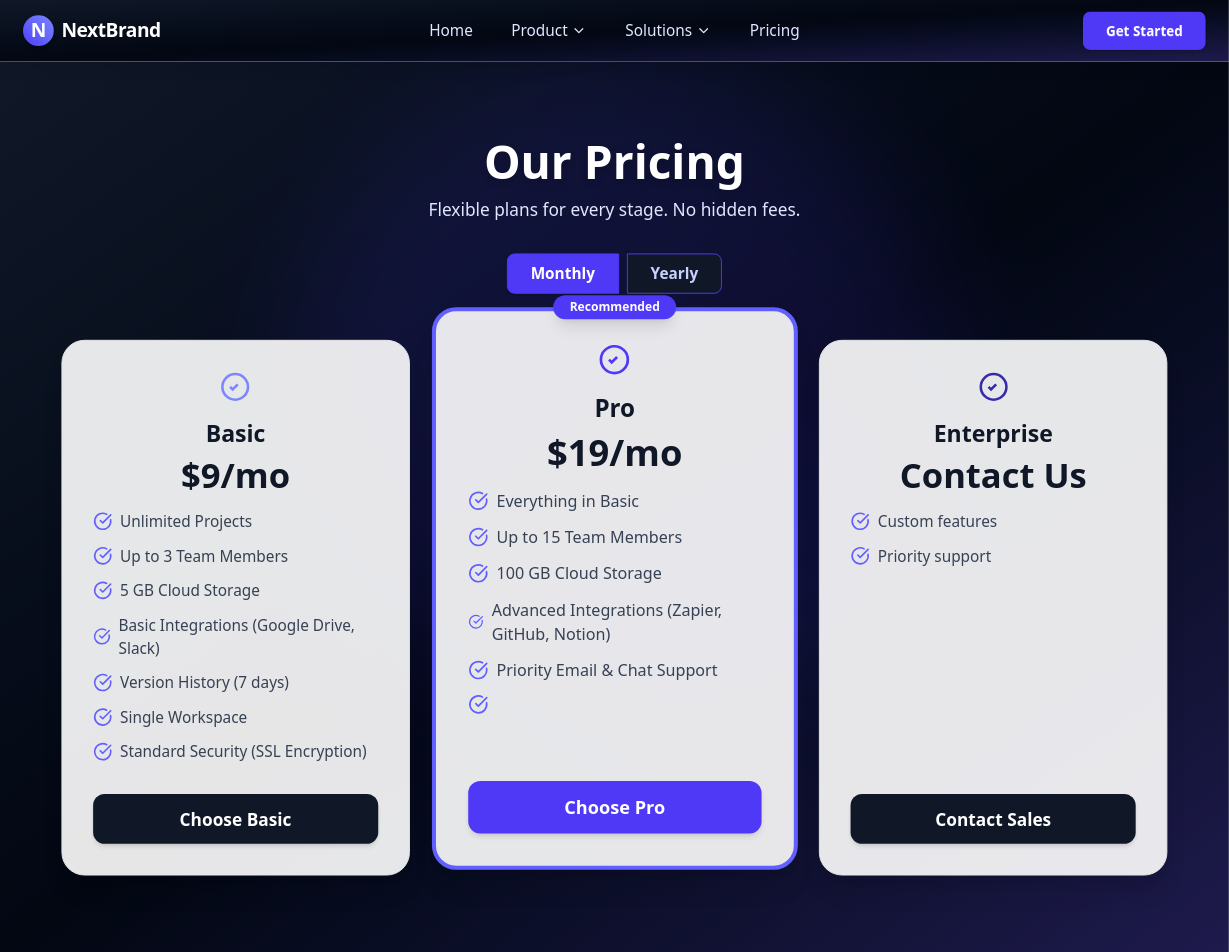
Repository: Chiranshukapil/Next_Brand
Page: /pricing
The author's editor kept a copy of each file at every save. The page is drawn from the files as they stood at one save, then again after the next save.
The browser window is 1280 px wide. The pictures show the whole page, at 96% of full size.
The project was rebuilt for these pictures with package versions that can differ from the ones it lists, and the page was loaded fresh each time. Also part of the build but not shown: vite.config.js.

Above is the page before, as saved 2025-06-18 11:59:59.

### index.html
<!doctype html>
<html lang="en">
  <head>
    <meta charset="UTF-8" />
    <link rel="stylesheet" href="src/index.css">
    <meta name="viewport" content="width=device-width, initial-scale=1.0" />
    <title>NavBar</title>
  </head>
  <body classname="scroll-smooth">
    <div id="root"></div>
    <script type="module" src="/src/main.jsx"></script>
  </body>
</html>

### src/App.jsx
import { useState } from 'react'
import { BrowserRouter as Router, Routes, Route } from 'react-router-dom'
import Navbar from './Components/NavBar.jsx'
import PricingSection from './Components/PricingSection.jsx'

function App() {
  return (
    <Router>
      <Navbar />
      <Routes>

        <Route path="/pricing" element={<PricingSection />} />

      </Routes>
    </Router>
  )
}

export default App

### src/Components/NavBar.jsx
import React, { useState } from "react";
import { Link } from "react-router-dom";
import { Menu, X, ChevronDown } from "lucide-react";

// Route-based navLinks
const navLinks = [
  { name: "Home", href: "/" },
  {
    name: "Product",
    href: "/product",
    dropdown: [
      { name: "Overview", href: "/product/overview" },
      { name: "Features", href: "/product/features" },
      { name: "Pricing", href: "/pricing" },
    ],
  },
  {
    name: "Solutions",
    href: "/solutions",
    dropdown: [
      { name: "For Teams", href: "/solutions/teams" },
      { name: "For Individuals", href: "/solutions/individuals" },
    ],
  },
  { name: "Pricing", href: "/pricing" },
];

export default function Navbar() {
  const [menuOpen, setMenuOpen] = useState(false);
  const [dropdownOpen, setDropdownOpen] = useState(null);

  return (
    <nav className="sticky top-0 z-50 bg-gradient-to-br from-gray-900 via-gray-950 to-indigo-950 backdrop-blur-md bg-opacity-80 shadow-lg flex justify-between items-center px-6 py-3">
      {/* Brand/Logo */}
      <div className="navbar-start">
        <Link
          to="/"
          className="flex items-center gap-2 text-xl font-bold tracking-tight text-white hover:text-indigo-400 transition-colors"
        >
          <span className="w-8 h-8 bg-gradient-to-tr from-indigo-600 to-indigo-400 rounded-full text-white flex items-center justify-center font-bold shadow-md">
            N
          </span>
          <span>NextBrand</span>
        </Link>
      </div>

      {/* Desktop Menu */}
      <div className="navbar-center hidden md:flex">
        <ul className="flex gap-2 items-center">
          {navLinks.map((link, index) => (
            <li
              key={link.name}
              onMouseEnter={() => setDropdownOpen(index)}
              onMouseLeave={() => setDropdownOpen(null)}
              className="relative"
            >
              {link.dropdown ? (
                <>
                  <Link
                    to={link.href}
                    className="px-4 py-2 rounded-lg text-base font-medium flex items-center gap-1 cursor-pointer text-indigo-100 hover:text-white hover:bg-indigo-700/30 transition-colors"
                    aria-haspopup="true"
                    aria-expanded={dropdownOpen === index}
                    onClick={() => setDropdownOpen(null)}
                  >
                    {link.name}
                    <ChevronDown className="h-4 w-4" />
                  </Link>
                  {dropdownOpen === index && (
                    <ul className="absolute top-full left-0 mt-2 bg-white/95 shadow-xl rounded-xl p-2 w-52 z-50 animate-fade-in">
                      {link.dropdown.map((item) => (
                        <li key={item.name}>
                          <Link
                            to={item.href}
                            className="block px-4 py-2 rounded-lg hover:bg-indigo-100 text-gray-900 font-medium transition"
                            onClick={() => setDropdownOpen(null)}
                          >
                            {item.name}
                          </Link>
                        </li>
                      ))}
                    </ul>
                  )}
                </>
              ) : (
                <Link
                  to={link.href}
                  className="px-4 py-2 rounded-lg text-base font-medium text-indigo-100 hover:text-white hover:bg-indigo-700/30 transition"
                  onClick={() => setDropdownOpen(null)}
                >
                  {link.name}
                </Link>
              )}
            </li>
          ))}
        </ul>
      </div>

      {/* Right Side: CTA + Mobile Menu Button */}
      <div className="navbar-end flex items-center">
        <Link
          to="/get-started"
          className="btn btn-primary font-semibold shadow hidden md:inline-flex bg-indigo-600 text-white hover:bg-indigo-700 border-none rounded-lg px-6 py-2 transition"
        >
          Get Started
        </Link>
        <button
          aria-label="Toggle menu"
          className="btn btn-ghost md:hidden ml-2 text-indigo-200"
          onClick={() => setMenuOpen((v) => !v)}
        >
          {menuOpen ? (
            <X className="h-7 w-7" />
          ) : (
            <Menu className="h-7 w-7" />
          )}
        </button>

        {/* Mobile Menu */}
        <div
          className={`absolute top-full right-2 left-2 z-40 md:hidden overflow-hidden transition-all duration-300 ease-in-out bg-white/95 rounded-xl shadow-lg ${
            menuOpen ? "max-h-96" : "max-h-0"
          }`}
        >
          <ul tabIndex={0} className="flex flex-col gap-1 p-3 w-full">
            {navLinks.map((link) => (
              <li key={link.name}>
                {link.dropdown ? (
                  <details>
                    <summary className="text-base cursor-pointer flex items-center justify-between text-gray-900 font-semibold px-2 py-2 rounded-lg hover:bg-indigo-100 transition">
                      {link.name}
                    </summary>
                    <ul className="p-2">
                      {link.dropdown.map((item) => (
                        <li key={item.name}>
                          <Link
                            to={item.href}
                            className="block px-4 py-2 rounded-lg text-gray-900 hover:bg-indigo-100 transition"
                            onClick={() => setMenuOpen(false)}
                          >
                            {item.name}
                          </Link>
                        </li>
                      ))}
                    </ul>
                  </details>
                ) : (
                  <Link
                    to={link.href}
                    className="block px-4 py-2 rounded-lg text-gray-900 font-semibold hover:bg-indigo-100 transition"
                    onClick={() => setMenuOpen(false)}
                  >
                    {link.name}
                  </Link>
                )}
              </li>
            ))}
            <li className="mt-2">
              <Link
                to="/get-started"
                className="btn btn-primary w-full bg-indigo-600 text-white hover:bg-indigo-700 border-none rounded-lg px-6 py-2 transition"
                onClick={() => setMenuOpen(false)}
              >
                Get Started
              </Link>
            </li>
          </ul>
        </div>
      </div>
    </nav>
  );
}

### src/Components/PricingSection.jsx
import { CheckCircle } from "lucide-react";
import { useState } from "react";

const plans = [
  {
    name: "Basic",
    icon: <svg className="w-8 h-8 text-indigo-400" fill="none" stroke="currentColor" strokeWidth="2" viewBox="0 0 24 24"><circle cx="12" cy="12" r="10"/><path d="M8 12l2 2 4-4"/></svg>,
    monthly: 9,
    yearly: 90,
    features: ["Unlimited Projects", "Up to 3 Team Members", "5 GB Cloud Storage", "Basic Integrations (Google Drive, Slack)",
        "Version History (7 days)", "Single Workspace", "Standard Security (SSL Encryption)"
    ],
    recommended: false,
  },
  {
    name: "Pro",
    icon: <svg className="w-8 h-8 text-indigo-600" fill="none" stroke="currentColor" strokeWidth="2" viewBox="0 0 24 24"><circle cx="12" cy="12" r="10"/><path d="M8 12l2 2 4-4"/></svg>,
    monthly: 19,
    yearly: 190,
    features: ["Everything in Basic", "Up to 15 Team Members", "100 GB Cloud Storage", "Advanced Integrations (Zapier, GitHub, Notion)",
        "Priority Email & Chat Support", ""],
    recommended: true,
  },
  {
    name: "Enterprise",
    icon: <svg className="w-8 h-8 text-indigo-800" fill="none" stroke="currentColor" strokeWidth="2" viewBox="0 0 24 24"><circle cx="12" cy="12" r="10"/><path d="M8 12l2 2 4-4"/></svg>,
    monthly: null,
    yearly: null,
    features: ["Custom features", "Priority support"],
    recommended: false,
    contact: true,
  },
];

export default function PricingSection() {
  const [billing, setBilling] = useState("monthly");

  const displayPrice = (plan) => {
    if (plan.contact) return "Contact Us";
    if (billing === "yearly") return `$${plan.yearly}/yr`;
    return `$${plan.monthly}/mo`;
  };

  return (
    <section className="relative py-20 px-4 md:px-0 bg-gradient-to-br from-gray-900 via-gray-950 to-indigo-950 min-h-[100vh]">
      {/* Decorative background shapes */}
      <div className="absolute top-0 left-1/2 -translate-x-1/2 w-[700px] h-[700px] rounded-full bg-indigo-800 opacity-20 blur-3xl pointer-events-none"></div>
      <div className="relative z-10 max-w-6xl mx-auto">
        <h2 className="text-4xl md:text-5xl font-extrabold text-center mb-3 text-white drop-shadow-lg">Our Pricing</h2>
        <p className="text-center text-indigo-100 mb-8 text-lg">Flexible plans for every stage. No hidden fees.</p>
        {/* Billing toggle */}
        <div className="flex justify-center mb-12 gap-2">
          <button
            className={`px-6 py-2 rounded-l-lg font-semibold transition-colors duration-200 hover:cursor-pointer border border-indigo-600 focus:outline-none ${
              billing === "monthly"
                ? "bg-indigo-600 text-white shadow"
                : "bg-gray-900 text-indigo-200 hover:bg-indigo-700/20"
            }`}
            onClick={() => setBilling("monthly")}
          >
            Monthly
          </button>
          <button
            className={`px-6 py-2 rounded-r-lg font-semibold transition-colors duration-200 hover:cursor-pointer border border-indigo-600 focus:outline-none ${
              billing === "yearly"
                ? "bg-indigo-600 text-white shadow"
                : "bg-gray-900 text-indigo-200 hover:bg-indigo-700/20"
            }`}
            onClick={() => setBilling("yearly")}
          >
            Yearly
          </button>
        </div>
        <div className="grid md:grid-cols-3 gap-8 items-stretch">
          {plans.map((plan, idx) => (
            <div
              key={plan.name}
              className={`relative flex flex-col p-8 rounded-3xl border transition-transform duration-200 bg-white/90 shadow-xl hover:scale-[1.03] ${
                plan.recommended
                  ? "border-4 border-indigo-500 bg-indigo-50 z-20 scale-105 shadow-2xl"
                  : "border-gray-200"
              }`}
              style={plan.recommended ? { top: '-20px' } : {}}
            >
              {plan.recommended && (
                <span className="absolute -top-4 left-1/2 -translate-x-1/2 bg-indigo-600 text-white text-xs px-4 py-1 rounded-full font-semibold shadow-lg z-30">
                  Recommended
                </span>
              )}
              <div className="flex justify-center mb-4">{plan.icon}</div>
              <h3 className="text-2xl font-bold mb-2 text-gray-900 text-center">{plan.name}</h3>
              <div className="text-4xl font-extrabold mb-4 text-center text-gray-900">{displayPrice(plan)}</div>
              <ul className="flex-1 mb-8 space-y-3 text-gray-700">
                {plan.features.map((f) => (
                  <li key={f} className="flex items-center gap-2">
                    <CheckCircle className="w-5 h-5 text-indigo-500" />
                    <span>{f}</span>
                  </li>
                ))}
              </ul>
              <button
                className={`py-3 px-6 rounded-xl font-semibold text-lg transition-all hover:cursor-pointer duration-200 shadow-md focus:outline-none ${
                  plan.recommended
                    ? "bg-indigo-600 text-white hover:bg-indigo-700"
                    : "bg-gray-900 text-white hover:bg-indigo-600"
                }`}
              >
                {plan.contact ? "Contact Sales" : `Choose ${plan.name}`}
              </button>
            </div>
          ))}
        </div>
      </div>
    </section>
  );
}

Loaded but not shown: src/index.css (common file); src/main.jsx (common file)

After the next save:
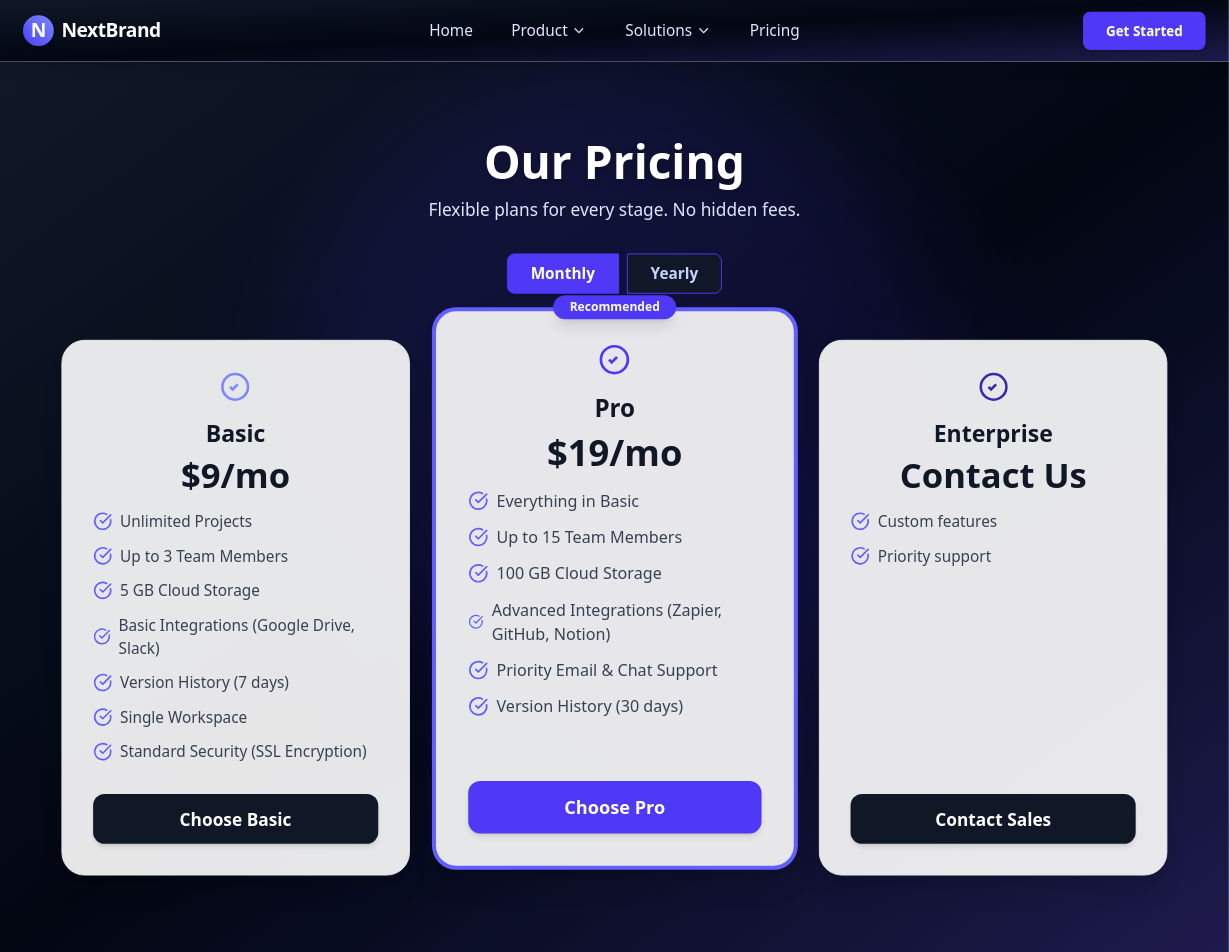
Saved 5 s later.
--- a/src/Components/PricingSection.jsx
+++ b/src/Components/PricingSection.jsx
@@ -18,7 +18,7 @@ const plans = [
     monthly: 19,
     yearly: 190,
     features: ["Everything in Basic", "Up to 15 Team Members", "100 GB Cloud Storage", "Advanced Integrations (Zapier, GitHub, Notion)",
-        "Priority Email & Chat Support", ""],
+        "Priority Email & Chat Support", "Version History (30 days)", ],
     recommended: true,
   },
   {
